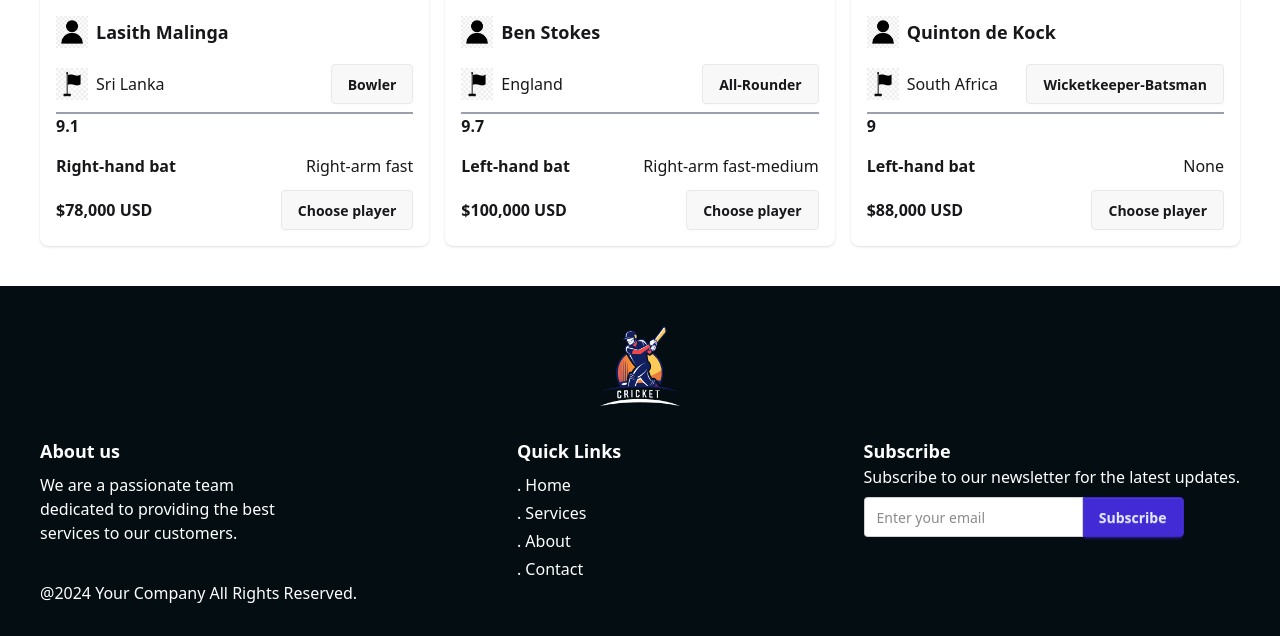
Repository: SanjidaSnigdha/Select-your-eleven
Page: /
The author's editor kept a copy of each file at every save. The page is drawn from the files as they stood at one save, then again after the next save.
The browser window is 1280 px wide. The pictures show the part of the page from y = 2831 to 3467 px (the page is 3467 px tall).
The project was rebuilt for these pictures with package versions that can differ from the ones it lists, and the page was loaded fresh each time. Also part of the build but not shown: vite.config.js, src/App.css, src/components/SelectedCard/SelectedCard.jsx, src/components/SelectedPlayers/SelectedPlayers.jsx.

Above is the page before, as saved 2026-03-23 00:47:03.

After the next save:
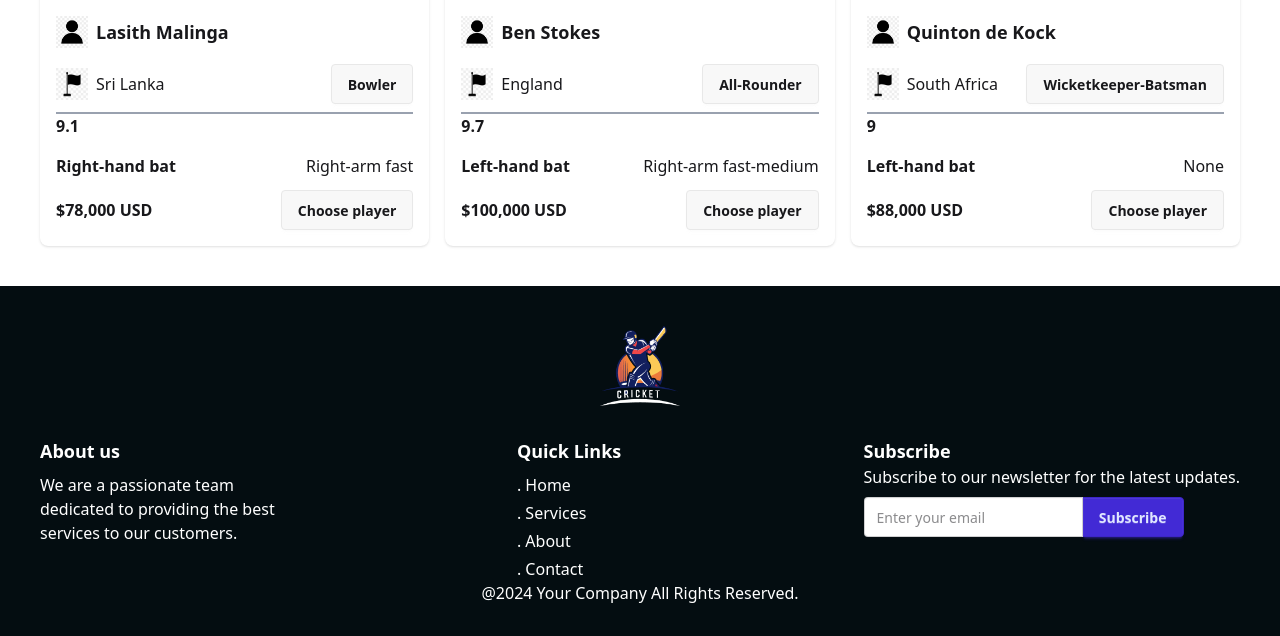
Saved 62 s later.
--- a/src/components/Footer/Footer.jsx
+++ b/src/components/Footer/Footer.jsx
@@ -39,7 +39,8 @@
   </form>
 
   </div>
-  <div>  <p className='text-[#FFFFFF]'>@2024 Your Company All Rights Reserved.</p>
+  <div className='text-center'>
+     <p className='text-[#FFFFFF]'>@2024 Your Company All Rights Reserved.</p>
 </div>
 </footer>
     );
